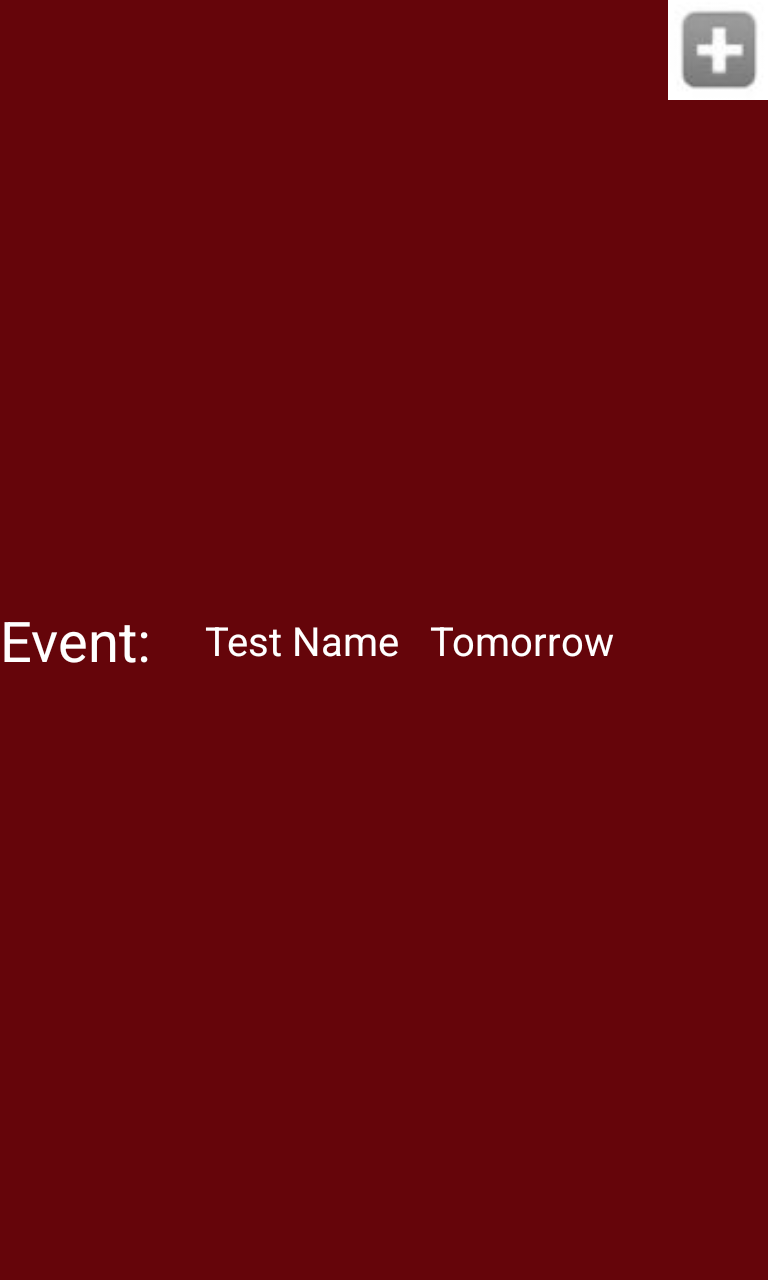
Repository: jannelg92/ANDROIDAPP
Layout: GEOINNOVATION/TAMUgis-dayEvents/res/layout/event_calendar_item.xml
These files come from the project's save history. The layout is drawn as it stood at one moment and after the next save; the edit follows.
It is drawn on a 768 x 1280 px phone screen (xhdpi) without system bars, with theme AppTheme; the app's code is not run. The app's manifest (not shown) leaves right-to-left support off. So textAlignment, textDirection and layoutDirection are ignored, and left and right values win over start and end ones.

Above is the layout before, as saved 2014-04-23 02:42:10.

### GEOINNOVATION/TAMUgis-dayEvents/res/layout/event_calendar_item.xml
<?xml version="1.0" encoding="utf-8"?>
<RelativeLayout xmlns:android="http://schemas.android.com/apk/res/android"
    android:layout_width="match_parent"
    android:layout_height="50dp"
    android:id="@+id/eventCalendarListitem"
    android:layout_marginBottom="60dp"
    android:orientation="horizontal"
    android:background="@drawable/offmaroon_back" >

           <!-- icon -->

		   <TextView
		       android:id="@+id/event_label"
		       android:layout_width="wrap_content"
		       android:layout_height="wrap_content"
		       android:layout_centerVertical="true"
		       android:text="Event: "
		       android:textAlignment="center"
		       android:textColor="#ffffff"
		       android:textSize="@dimen/big_text" />

		      <!-- icon -->

		   <TextView
		       android:id="@+id/event_name"
		       android:layout_width="wrap_content"
		       android:layout_height="wrap_content"
		       android:layout_toRightOf="@id/event_label"
		       android:layout_centerVertical="true"
		       android:drawablePadding="10dp"
		       android:text="    Test Name   "
		       android:textColor="#ffffff"
		       android:textSize="@dimen/mid_text" />

		 <TextView
		     android:id="@+id/event_date"
		     android:layout_width="wrap_content"
		     android:layout_height="wrap_content"
		     android:layout_toRightOf="@id/event_name"
		     android:layout_centerVertical="true"
		     android:textSize="@dimen/mid_text"
		     android:textColor="#ffffff"
		     android:text="Tomorrow" />

		 <!-- icon -->

		  <Button
		      android:id="@+id/event_more"
		      android:layout_width="50dp"
		      android:layout_height="50dp"
		      android:layout_alignParentRight="true"
		      android:layout_alignParentTop="true"
		      android:drawablePadding="10dp"
		      android:src="@drawable/plus_square"
		      android:background="@drawable/plus_square" />

</RelativeLayout>

### GEOINNOVATION/TAMUgis-dayEvents/res/values/dimens.xml
<resources>

   <dimen name="activity_horizontal_margin">16dp</dimen>
    <dimen name="activity_vertical_margin">16dp</dimen>

    <dimen name="big_text">28dip</dimen>
    <dimen name="mid_text">20dip</dimen>
    <dimen name="small_text">16dip</dimen>
    <dimen name="return_w">50dp</dimen>
    <dimen name="return_h">50dp</dimen>
    <dimen name="text_sizeW">70dp </dimen>
    <dimen name="text_sizeH">70dp</dimen>
    <dimen name="button_w">200dp </dimen>
    <dimen name="button_h">60dp </dimen>
    <!--
         Per the design guidelines, navigation drawers should be between 240dp and 320dp:
         https://developer.android.com/design/patterns/navigation-drawer.html
    -->
    <dimen name="navigation_drawer_width">277dp</dimen>

</resources>

Loaded but not shown: GEOINNOVATION/TAMUgis-dayEvents/res/values/styles.xml (common file); GEOINNOVATION/TAMUgis-dayEvents/res/values-v11/styles.xml (common file); GEOINNOVATION/TAMUgis-dayEvents/res/values-v14/styles.xml (common file)

After the next save:
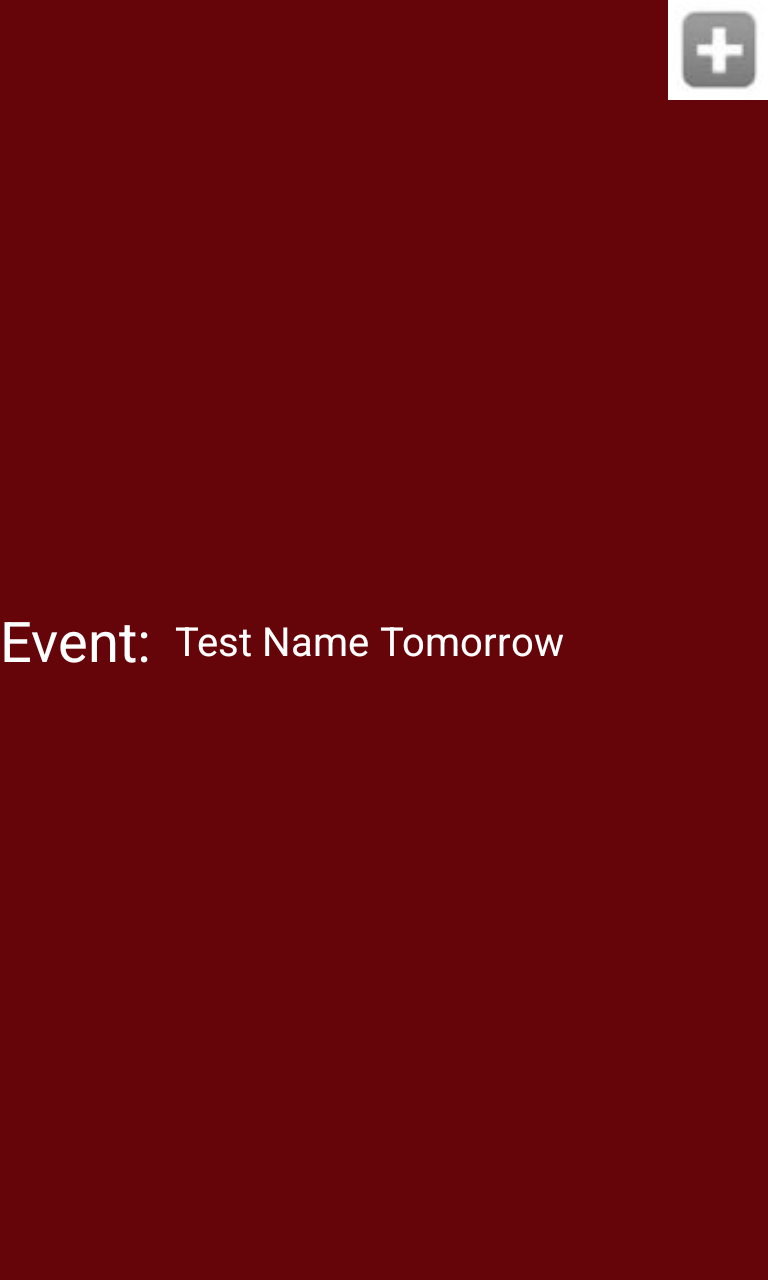
Saved 15 s later.
--- a/GEOINNOVATION/TAMUgis-dayEvents/res/layout/event_calendar_item.xml
+++ b/GEOINNOVATION/TAMUgis-dayEvents/res/layout/event_calendar_item.xml
@@ -28,7 +28,7 @@
 		       android:layout_toRightOf="@id/event_label"
 		       android:layout_centerVertical="true"
 		       android:drawablePadding="10dp"
-		       android:text="    Test Name   "
+		       android:text=" Test Name "
 		       android:textColor="#ffffff"
 		       android:textSize="@dimen/mid_text" />
 
